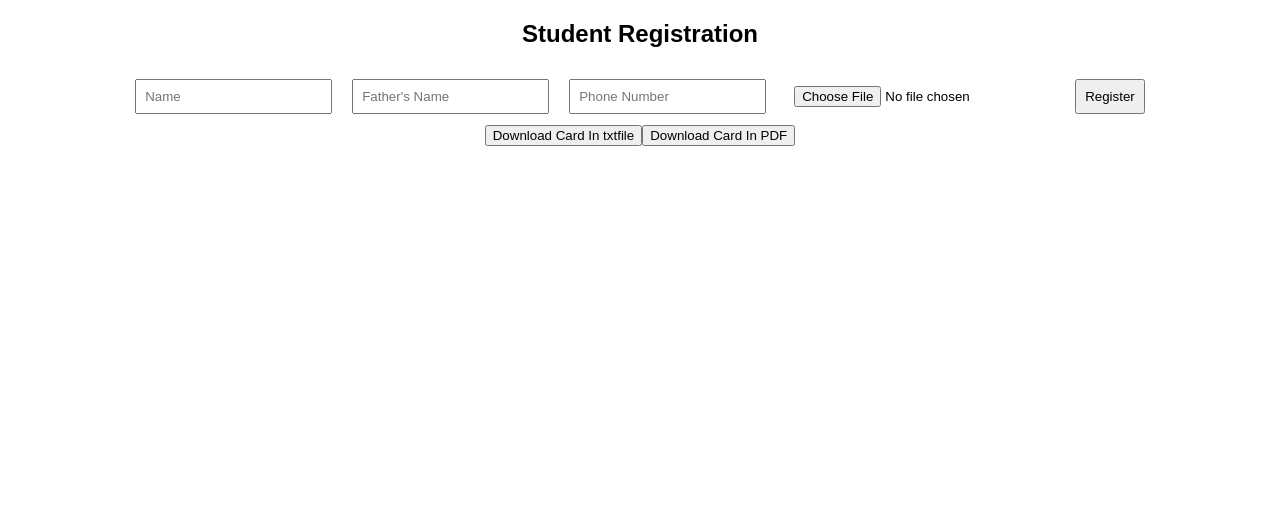
Repository: pripriya09/StudentID-Card-Download
Page: / (app in frontend/)
The author's editor kept a copy of each file at every save. The page is drawn from the files as they stood at one save, then again after the next save.
The browser window is 1280 px wide. The pictures show the whole page.
The project was rebuilt for these pictures with package versions that can differ from the ones it lists, and the page was loaded fresh each time. Also part of the build but not shown: frontend/vite.config.js.

Above is the page before, as saved 2025-01-07 12:20:23.

### frontend/src/main.jsx
import React from 'react'
import ReactDOM from 'react-dom/client'
// import App from './App'
// import './index.css'
import Form from './Form.jsx'
// import IDCardForm from './copy form/IDCardForm.jsx'

ReactDOM.createRoot(document.getElementById('root')).render(
  <React.StrictMode>
    {/* <App /> */}
    <Form/>
    {/* <IDCardForm/> */}
  </React.StrictMode>,
)

### frontend/src/Form.jsx
import React, { useState } from "react";
import axios from "axios";
import "./App.css";
import jsPDF from "jspdf";

const Form = () => {
  const [formData, setFormData] = useState({
    name: "",
    fatherName: "",
    phoneNumber: "",
    image: null, // Added image field
  });
  const [studentData, setStudentData] = useState(null); // Holds the student data

  const handleSubmit = async (e) => {
    e.preventDefault();
    const formDataToSend = new FormData();
    formDataToSend.append("name", formData.name);
    formDataToSend.append("fatherName", formData.fatherName);
    formDataToSend.append("phoneNumber", formData.phoneNumber);
    if (formData.image) {
      formDataToSend.append("image", formData.image);  // Append the image file
    }

    try {
      const response = await axios.post("http://localhost:6009/api/students", formDataToSend, {
        headers: { "Content-Type": "multipart/form-data" },
      });

      const registrationNumber = response.data.registrationNumber;

      // Fetch student data with the registration number
      const studentResponse = await axios.get(`http://localhost:6009/api/students/${registrationNumber}`);
      setStudentData(studentResponse.data);

      // Clear form data after successful registration
      setFormData({
        name: "",
        fatherName: "",
        phoneNumber: "",
        image: null,
      });
    } catch (error) {
      console.error("Error sending data:", error);
    }
  };

  const handleChange = (e) => {
    if (e.target.name === "image") {
      setFormData({ ...formData, image: e.target.files[0] });
    } else {
      setFormData({ ...formData, [e.target.name]: e.target.value });
    }
  };

  const handleDownloadText = () => {
    if (studentData) {
      const fileData = `Name: ${studentData.name}
Father's Name: ${studentData.fatherName}
Phone Number: ${studentData.phoneNumber}
Registration Number: ${studentData.registrationNumber}`;
      const blob = new Blob([fileData], { type: "text/plain" });

      const link = document.createElement("a");
      link.href = URL.createObjectURL(blob);
      link.download = `${studentData.registrationNumber}_ID_Card.txt`;
      link.click();
    }
  };

  function handleDownloadPDF() {
    if (studentData) {
      let PDFdocument = new jsPDF();
      const studentInfo = `
        Student ID Card
        Name: ${studentData.name}
        Father's Name: ${studentData.fatherName}
        Phone: ${studentData.phoneNumber}
        Registration Number: ${studentData.registrationNumber}
      `;

      PDFdocument.text(studentInfo, 10, 10);
      PDFdocument.save(`${studentData.registrationNumber}_ID_Card.pdf`);
      PDFdocument = null;
    }
  }

  return (
    <div className="App">
      <h2>Student Registration</h2>

      <form onSubmit={handleSubmit}>
        <input
          type="text"
          name="name"
          placeholder="Name"
          value={formData.name}
          onChange={handleChange}
          required
        />
        <input
          type="text"
          name="fatherName"
          placeholder="Father's Name"
          value={formData.fatherName}
          onChange={handleChange}
          required
        />
        <input
          type="tel"
          name="phoneNumber"
          placeholder="Phone Number"
          value={formData.phoneNumber}
          onChange={handleChange}
          required
        />
        {/* Image input */}
        <input
          type="file"
          name="image"
          accept="image/*"
          onChange={handleChange}
        />
        <button type="submit">Register</button>
      </form>

      {studentData && (
        <div className="id-card">
          <div className="left">
            {studentData.image && (
              <div>
                <img
                  src={`data:[embedded picture, 45 characters] // Display the image using base64
                  alt="Student"
                  style={{ width: "100px", height: "100px" }}
                />
              </div>
            )}
          </div>
          <div className="right">
            <h3>ID Card</h3>
            <p>Name: {studentData.name}</p>
            <p>Father's Name: {studentData.fatherName}</p>
            <p>Phone Number: {studentData.phoneNumber}</p>
            <p>Registration Number: {studentData.registrationNumber}</p>
          </div>
        </div>
      )}

      <button onClick={handleDownloadText}>Download Card In txtfile</button>
      <button onClick={handleDownloadPDF}>Download Card In PDF</button>
    </div>
  );
};

export default Form;

### frontend/src/App.css
.App {
  text-align: center;
  font-family: Arial, sans-serif;
}

form input, form button {
  margin: 10px;
  padding: 8px;
}

.id-card {
  border: 1px solid #ccc;
  padding: 15px;
  width: 300px;
  margin: 20px auto;
}

Loaded but not shown: frontend/index.html (common file)

After the next save:
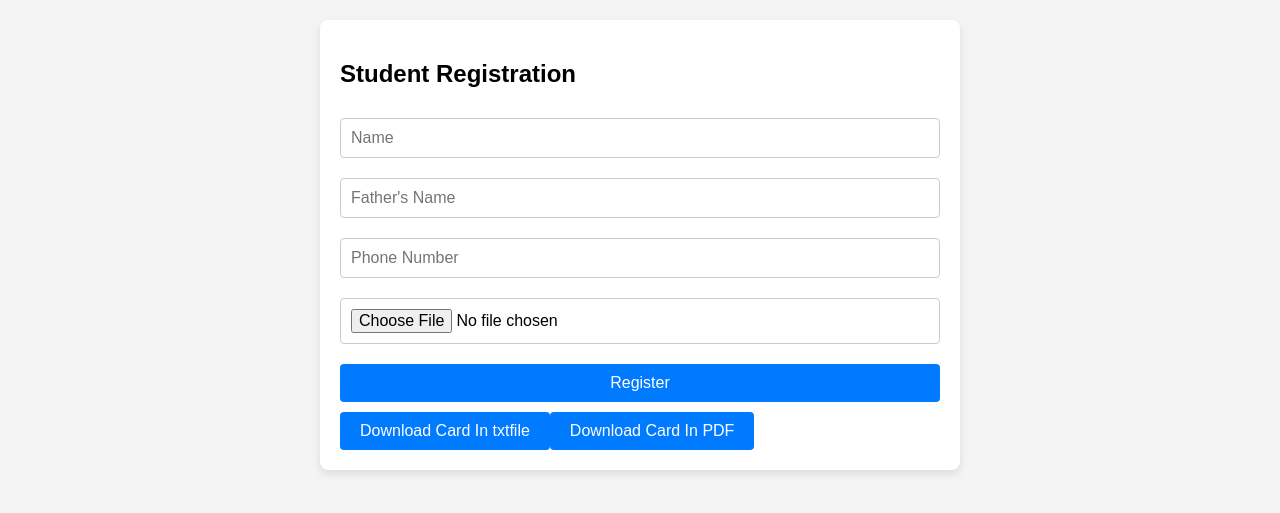
Saved 33 s later.
--- a/frontend/src/App.css
+++ b/frontend/src/App.css
@@ -1,16 +1,94 @@
-.App {
-  text-align: center;
+/* General styling */
+body {
   font-family: Arial, sans-serif;
+  margin: 0;
+  padding: 0;
+  background-color: #f4f4f4;
 }
 
-form input, form button {
-  margin: 10px;
-  padding: 8px;
+.App {
+  max-width: 600px;
+  margin: 20px auto;
+  padding: 20px;
+  background-color: white;
+  box-shadow: 0 4px 8px rgba(0, 0, 0, 0.1);
+  border-radius: 8px;
 }
 
+/* Form styling */
+form {
+  display: flex;
+  flex-direction: column;
+}
+
+input[type="text"],
+input[type="tel"],
+input[type="file"] {
+  padding: 10px;
+  margin: 10px 0;
+  border: 1px solid #ccc;
+  border-radius: 4px;
+  font-size: 16px;
+}
+
+button {
+  padding: 10px 20px;
+  background-color: #4CAF50;
+  color: white;
+  border: none;
+  border-radius: 4px;
+  cursor: pointer;
+  font-size: 16px;
+}
+
+button:hover {
+  background-color: #45a049;
+}
+
+/* ID Card styling */
 .id-card {
+  display: flex;
+  margin-top: 20px;
   border: 1px solid #ccc;
   padding: 15px;
-  width: 300px;
-  margin: 20px auto;
+  border-radius: 8px;
+  background-color: #fff;
 }
+
+.left {
+  flex: 1;
+  display: flex;
+  justify-content: center;
+  align-items: center;
+}
+
+.right {
+  flex: 2;
+  padding-left: 20px;
+}
+
+.left img {
+  max-width: 100px;
+  max-height: 100px;
+  border-radius: 50%;
+}
+
+h3 {
+  margin-top: 0;
+}
+
+/* Button styling for download */
+button {
+  margin-top: 10px;
+  background-color: #007BFF;
+}
+
+button:hover {
+  background-color: #0056b3;
+}
+
+/* Text styling */
+p {
+  font-size: 16px;
+  line-height: 1.6;
+}
